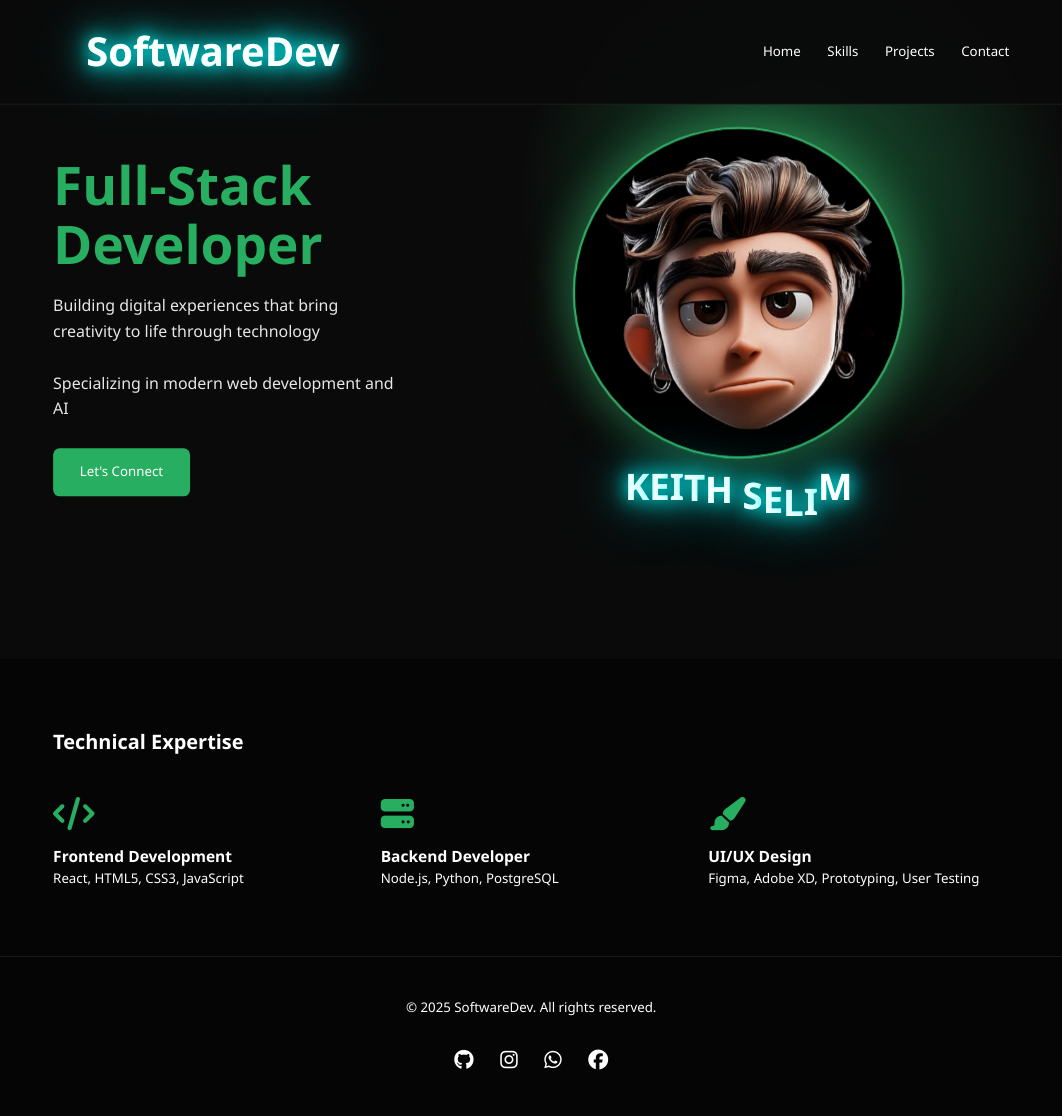
Repository: PEEZYBEE/my-react-portfolio
Page: /
An editor plug-in stored every save of this project. The page is shown before and after the next save, followed by the edit.
The browser window is 1280 px wide. The pictures show the whole page, at 83% of full size.
The project was rebuilt for these pictures with package versions that can differ from the ones it lists, and the page was loaded fresh each time. Also part of the build but not shown: vite.config.js.

Above is the page before, as saved 2025-04-21 02:07:14.

After the next save:
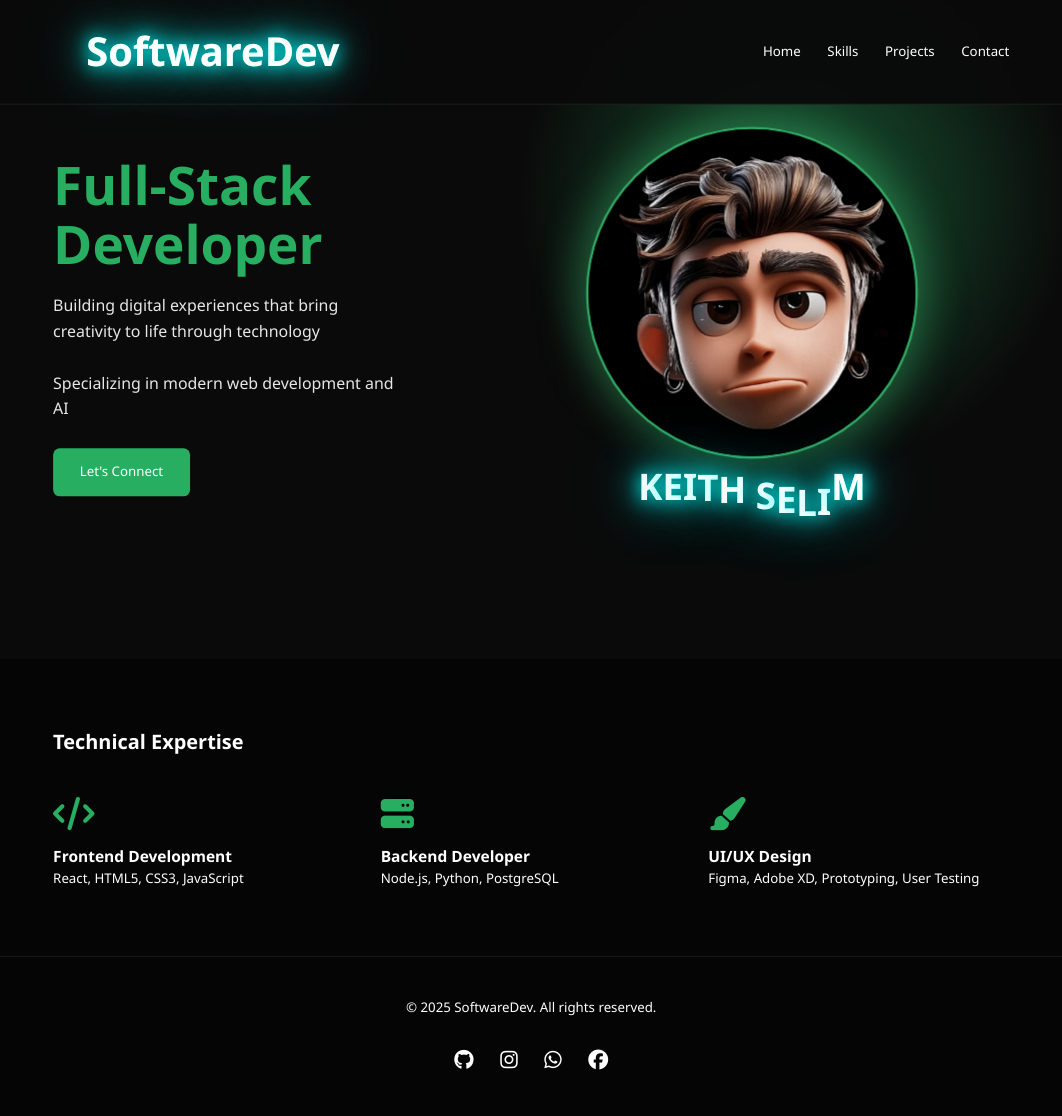
Saved 4 s later.
--- a/src/components/Hero.css
+++ b/src/components/Hero.css
@@ -16,7 +16,7 @@
     display: flex;
     justify-content: center;
     align-items: center;
-    margin-left: rem;
+    margin-left: 2rem;
   }
 
   .profile-wrapper {

After the save that followed:
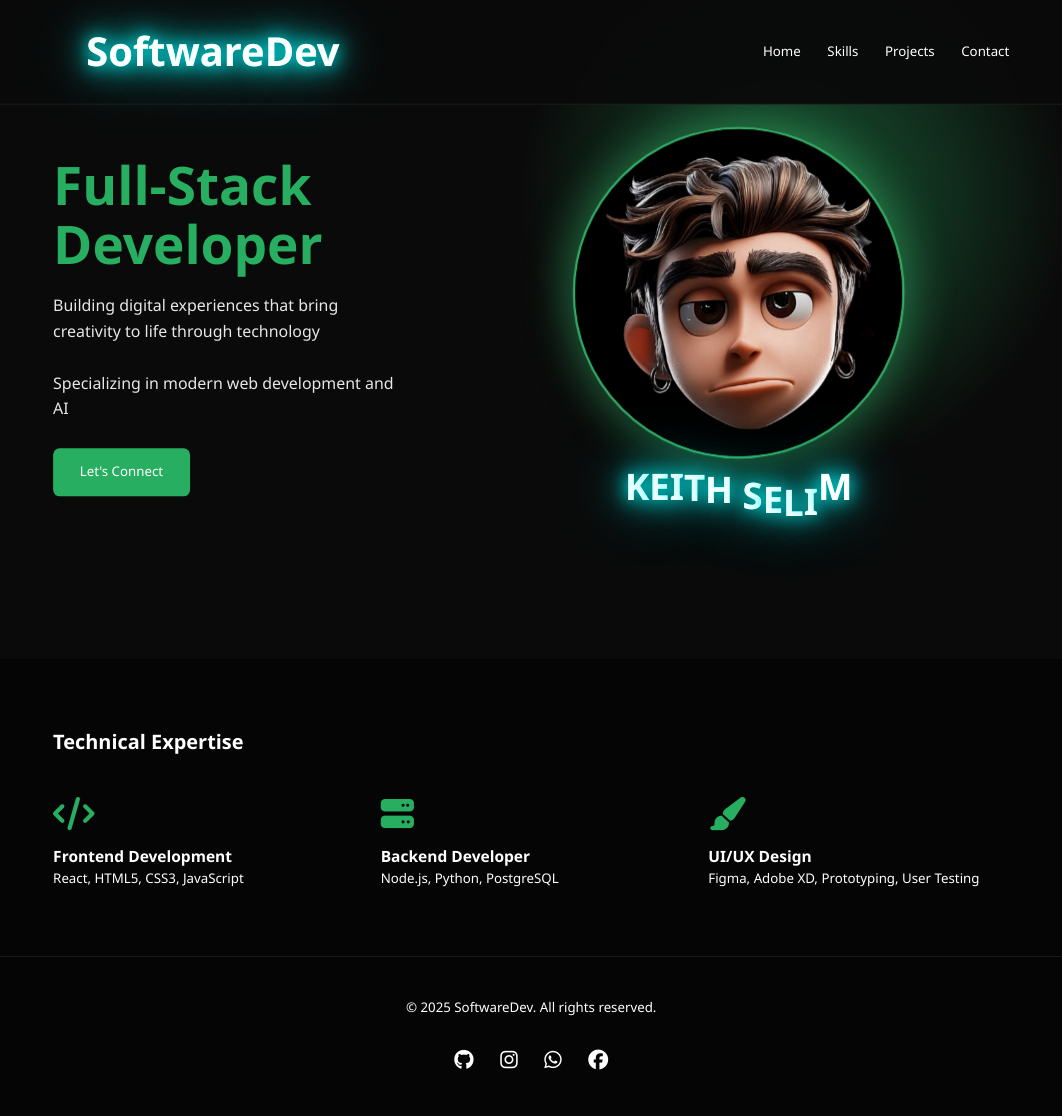
Saved 29 s later.
--- a/src/components/Hero.css
+++ b/src/components/Hero.css
@@ -16,7 +16,6 @@
     display: flex;
     justify-content: center;
     align-items: center;
-    margin-left: 2rem;
   }
 
   .profile-wrapper {
